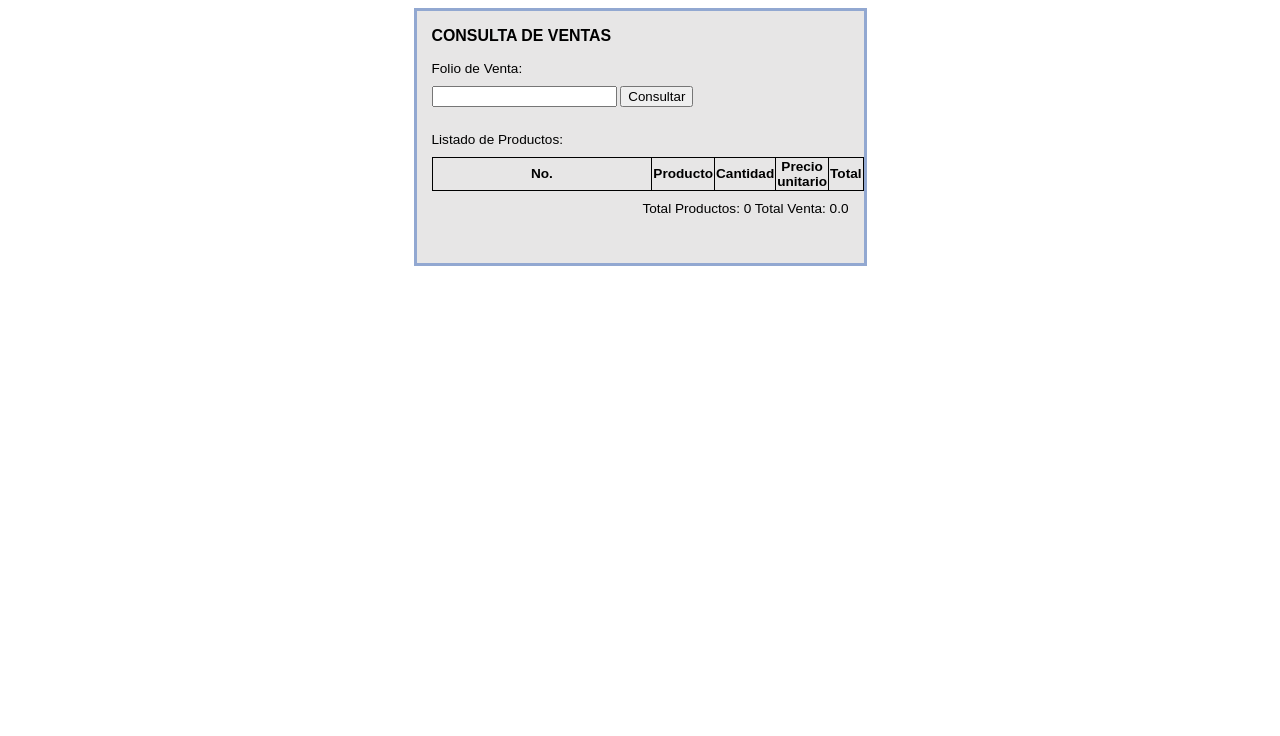
Repository: juanmondragonc/torre-project
Page: http://localhost/torre/sales
These files come from the project's save history. The page is drawn as it stood at one moment and after the next save; the edit follows.
The browser window is 1280 px wide. The pictures show the whole page.
The page is served by Tomcat 9. The session is filled in as if someone had signed in: {"username": "testuser"}. Queries for data that is not in the repository find no rows.

Above is the page before, as saved 2022-08-10 21:11:02.

After the next save:
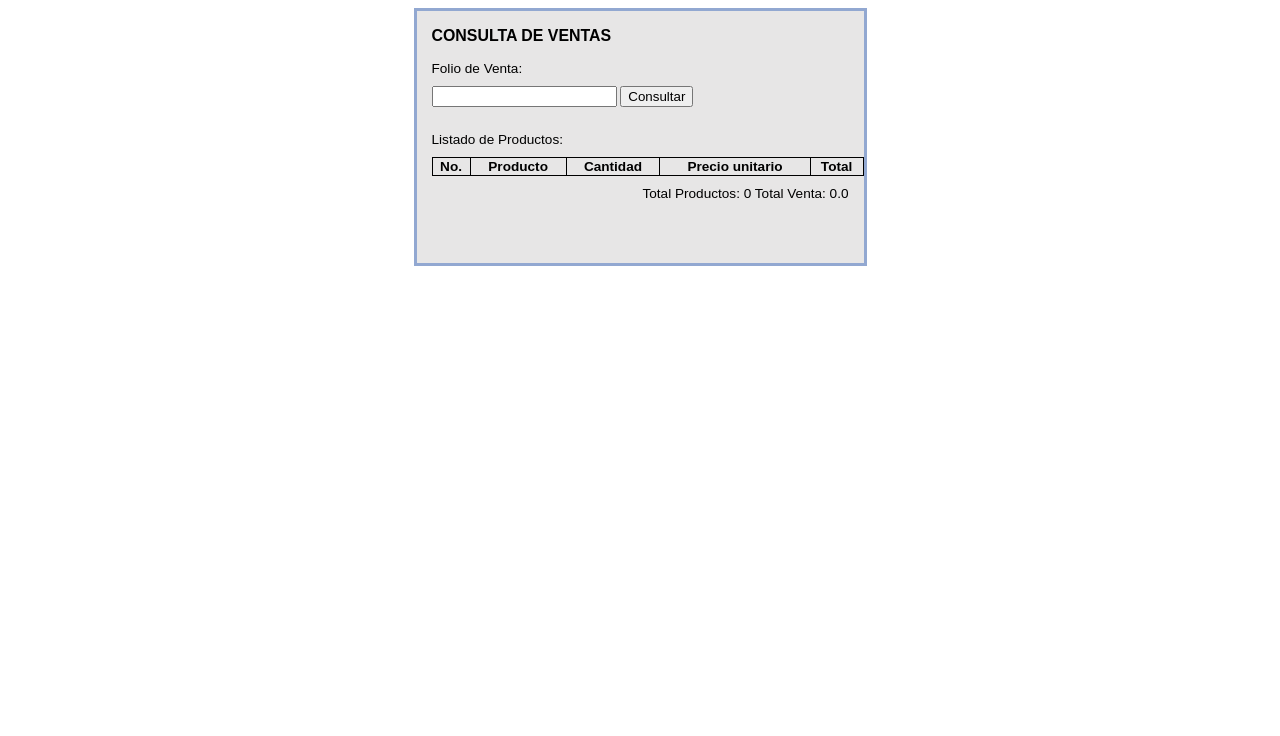
Saved 26 s later.
--- a/torre/src/main/webapp/css/style.css
+++ b/torre/src/main/webapp/css/style.css
@@ -11,6 +11,8 @@
  table, th, td {
 	border: 1px solid black;
 	border-collapse: collapse;
+}
+table {
 	width: 100%;
 }
 .horizontal-scroll {
